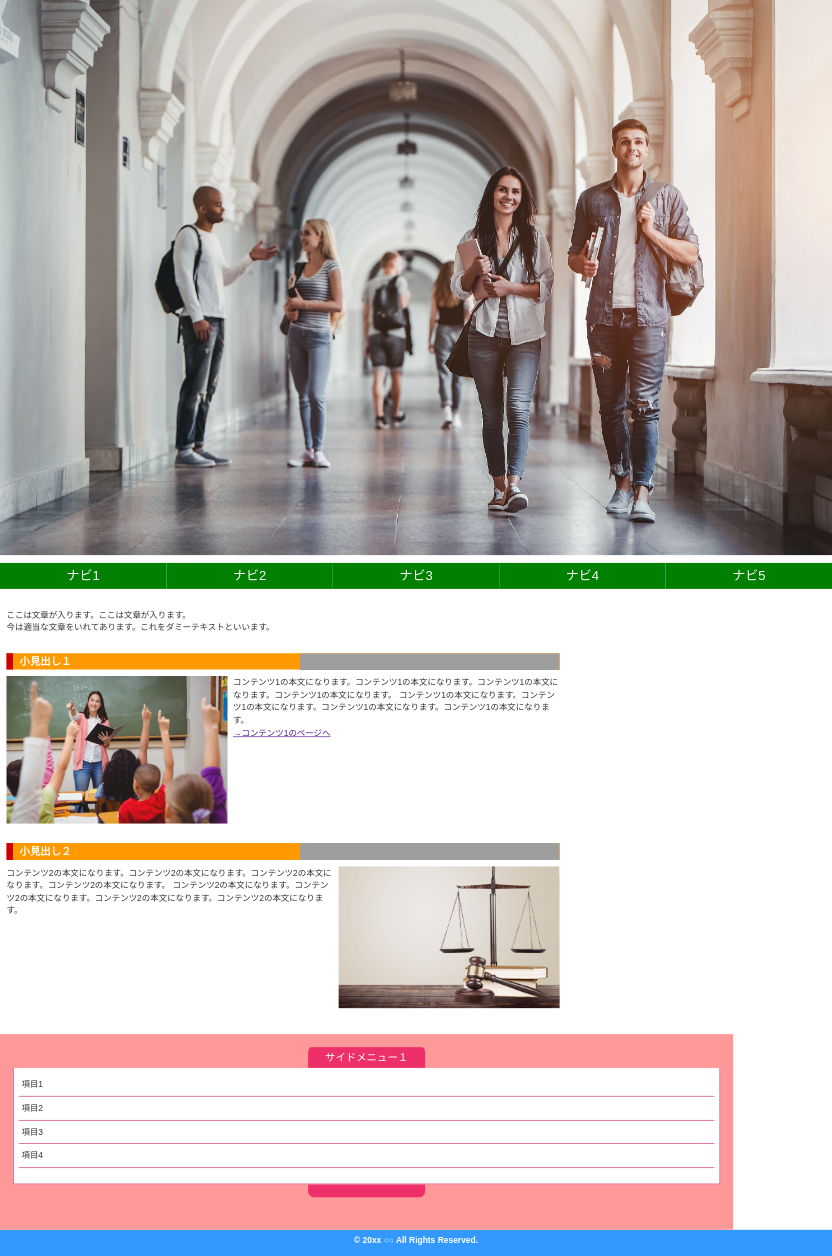
Repository: 07-acky-24/samurai_HTML-CSS
Page: home.html
The author's editor kept a record of every edit. The page is drawn from the files as they stood at one moment, then again after the next edit.
The browser window is 1280 px wide. The pictures show the whole page, at 65% of full size.
Pictures or frames that could not be fetched are drawn as grey boxes.

Above is the page before.

After the next edit:
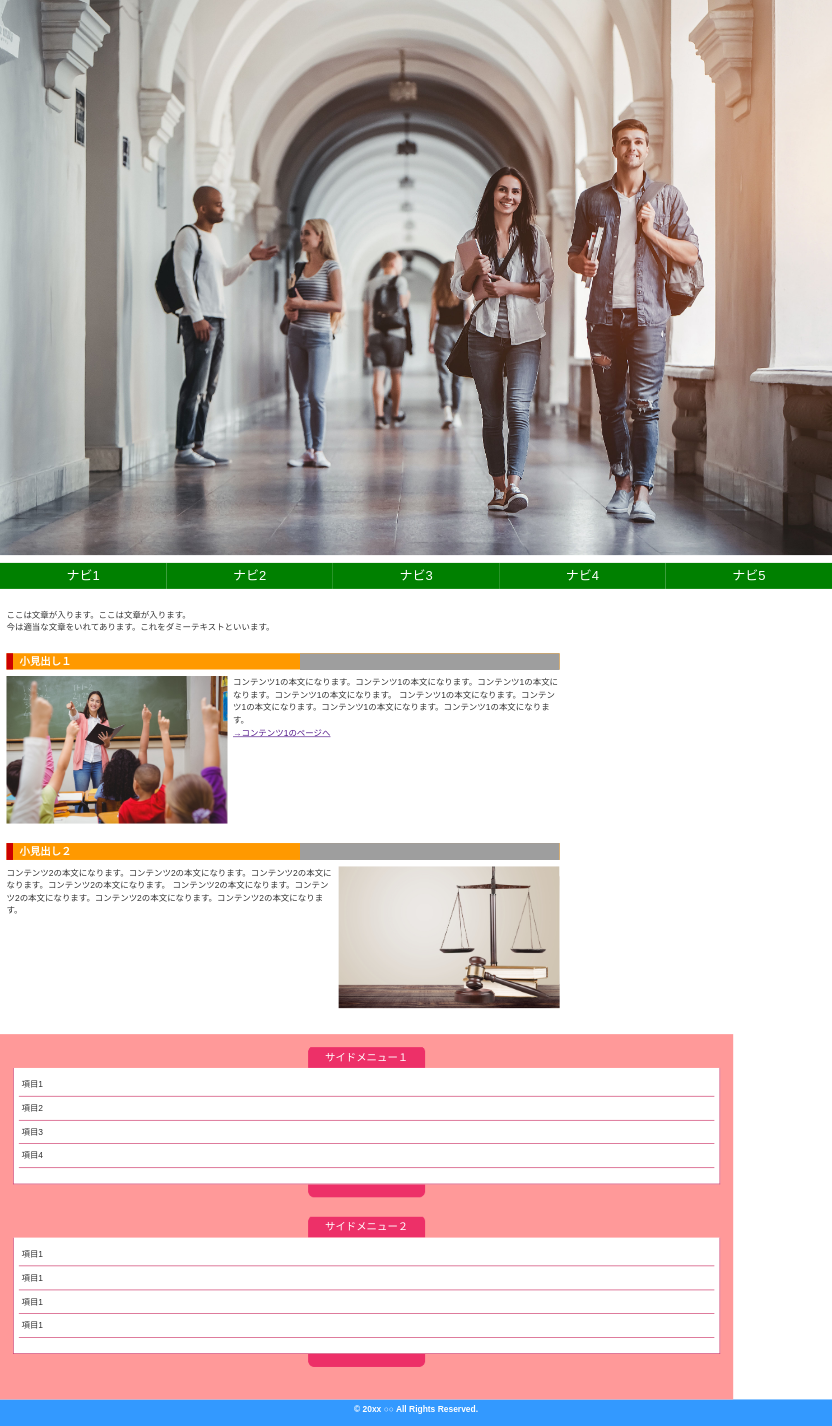
The edit:
--- a/home.html
+++ b/home.html
@@ -55,6 +55,17 @@
                           </ul>
                       </div>
                   </div>
+                  <div class="box">
+                      <h2>サイドメニュー２</h2>
+                      <div class="boxBody">
+                          <ul>
+                              <li>項目1</li>
+                              <li>項目1</li>
+                              <li>項目1</li>
+                              <li>項目1</li>
+                          </ul>
+                      </div>
+                  </div>
               </div>
         </div>
         <div id="footer">
